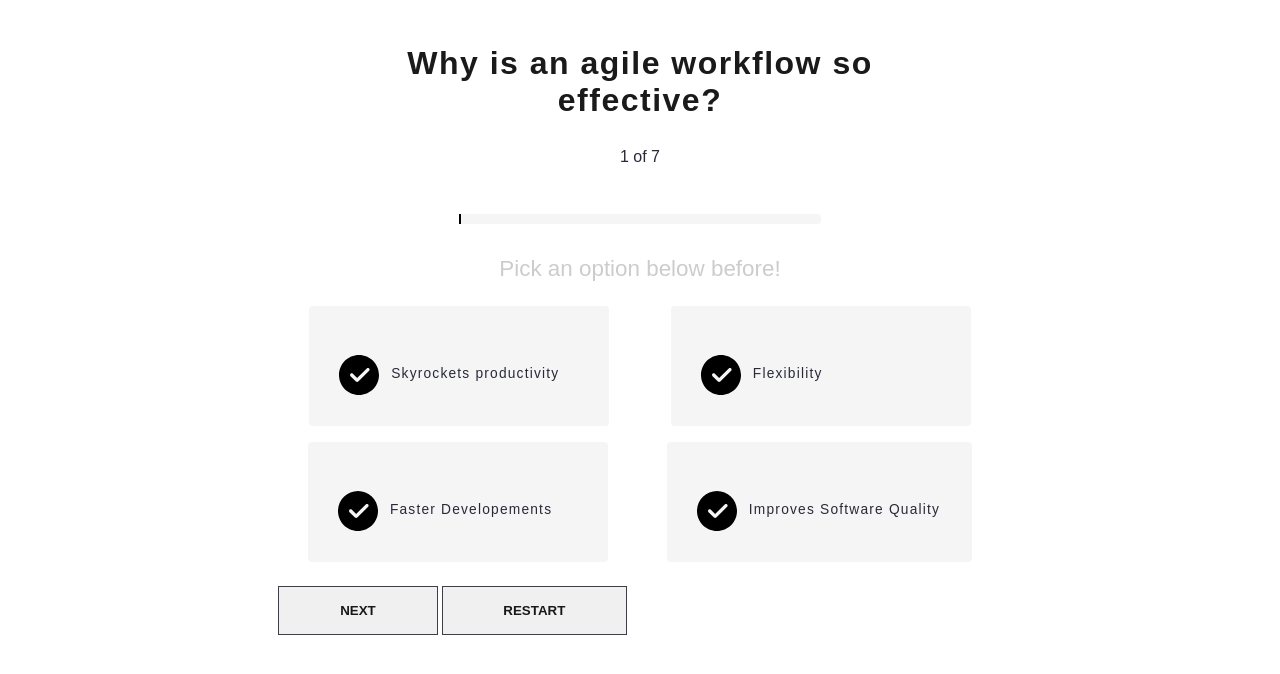
Repository: mukiSabljakovic/Quiz-APP
Page: index.html
The author's editor kept a copy of each file at every save. The page is drawn from the files as they stood at one save, then again after the next save.
The browser window is 1280 px wide. The pictures show the whole page.
Some web fonts or font styles are not loaded; a fallback is used.

Above is the page before, as saved 2020-05-01 12:23:38.

### index.html
<!DOCTYPE html>
<html lang="en">
<head>
    <meta charset="UTF-8">
    <meta name="viewport" content="width=device-width, initial-scale=1.0">
    <title>Quiz</title>
    <link rel="stylesheet" href="css/style.css">
</head>
<body>
    <div class="app">
        <div class="container">
            <div class="jabquiz">

                <div class="jabquiz__question-box">
                    <h1 class="jabquiz__question">Why is an agile workflow so effective?</h1>
                    <p class="jabquiz__tracker">1 of 7</p>
                    <div class="progress">
                        <div class="progress__inner">

                        </div>
                    </div>
                    <p class="jabquiz__tagline">Pick an option below before!</p>
                </div>



                <div class="jabquiz__choices-box">
                    <ul class="jabquiz__choices">
                        <!-- dynamically with js -->
                        <li class="jabquiz__choice">
                            <input type="radio" name="choice" id="choice0" class="jabquiz__input">
                            <label for="choice0" class="jabquiz__label">
                                <i></i>
                                Skyrockets productivity
                            </label>
                        </li>
                        <li class="jabquiz__choice">
                            <input type="radio" name="choice" id="choice0" class="jabquiz__input">
                            <label for="choice0" class="jabquiz__label">
                                <i></i>
                                Flexibility
                            </label>
                        </li>
                        <li class="jabquiz__choice">
                            <input type="radio" name="choice" id="choice0" class="jabquiz__input" >
                            <label for="choice0" class="jabquiz__label">
                                <i></i>
                                Faster Developements
                            </label>
                        </li>
                        <li class="jabquiz__choice">
                            <input type="radio" name="choice" id="choice0" class="jabquiz__input" >
                            <label for="choice0" class="jabquiz__label">
                                <i></i>
                                Improves Software Quality
                            </label>
                        </li>
                    </ul>
                </div>



                <div class="jabquiz__footer">
                    <button class="button button--bordered next">Next</button>
                    <button class="button button--bordered restart">Restart</button>
                </div>



            </div>
        </div>
    </div>
</body>
</html>

### css/style.css
@import url("https://fonts-googleapis.com/css?family=Raleway|PT+Serif:700");


:root {
    --main-font-color: #1a1a1a;
    --main-bg-color: white;
    --main-theme-color: rgb(243, 168, 47);
    --light-white: #f5f5f5;
    --light-gray: #ccc;
    --light-black: #282a39;
    --container-width: 768px;
    --font-body-stack: Raleway, Charcoal, sans-serif;
    --font-heading-stack: "PT Serif", sans-serif;

}

* {
 padding: 0;
 margin: 0;
 box-sizing: border-box;
}

.container {
    max-width: var(--container-width);
    margin-right: auto;
    margin-left: auto;
}

.button {
    padding: 1rem 3.8rem;
    text-transform: uppercase;
    border: 1px solid #eee;
    outline: 0;
    opacity: .9;
    font-weight: bold;
    transition: .3s all ease;
}

.button:hover {
    opacity: 1;
    background: var(--light-black);
    color: white;
}

.button.button--bordered {
    border: 1px solid var(--light-black);
}

.jabquiz {
    padding: 2rem 1.4rem;
}

.jabquiz__question-box {
    text-align: center;
}

.jabquiz__question {
    font-family: var(--font-heading-stack);
    font-weight: bold;
    letter-spacing: 1.5px;
    padding: 0.8rem 4rem;
    color: var(--main-font-color);
}

.jabquiz__tracker {
    font-family: var(--font-body-stack);
    color: var(--light-black);
    padding: 1rem;
}

.jabquiz__tagline {
    font-family: var(--font-body-stack);
    color: var(--light-gray);
    font-size: 1.4rem;
}

.progress {
    border-radius: 4px;
    margin: 2rem auto;
    width: 50%;
    background-color: var(--light-white);
}

.progress__inner {
    height: 10px;
    width: 0%;
    background-color: var(--main-theme-color);
    border-right: 2px solid black;
}

.jabquiz__choices-box {

}

.jabquiz__choices {
    list-style-type: none;
    margin: 1rem auto;
    display: flex;
    flex-wrap: wrap;
}

.jabquiz__choice {
    min-width: 300px;
    border-radius: 4px;
    display: block;
    background: var(--light-white);
    margin: .5rem auto;
    font-family: sans-serif;
    color: var(--light-black);
    letter-spacing: 1.2px;
    font-size: .86rem;
}

.jabquiz__label {
    padding: 2rem 2rem;
    display: flex;
    align-items: center;
}

.jabquiz__choices input {
    opacity: 0;
}

.jabquiz__choices input:checked + label {
    color: var(--main-theme-color);
}

.jabquiz__choices input:checked + label i {
    background-image: url('../images/circle.svg');

}

.jabquiz__choices label i {
    background: url('../images/interface.svg');
    background-size: 40px;
    height: 40px;
    width: 40px;
    display: inline-block;
    position: relative;
    top: 1px;
    left: -2px;
    margin-right: 10px;
}

### images/interface.svg
<svg height="512pt" viewBox="0 0 512 512" width="512pt" xmlns="http://www.w3.org/2000/svg"><path d="m256 0c-141.164062 0-256 114.835938-256 256s114.835938 256 256 256 256-114.835938 256-256-114.835938-256-256-256zm129.75 201.75-138.667969 138.664062c-4.160156 4.160157-9.621093 6.253907-15.082031 6.253907s-10.921875-2.09375-15.082031-6.253907l-69.332031-69.332031c-8.34375-8.339843-8.34375-21.824219 0-30.164062 8.339843-8.34375 21.820312-8.34375 30.164062 0l54.25 54.25 123.585938-123.582031c8.339843-8.34375 21.820312-8.34375 30.164062 0 8.339844 8.339843 8.339844 21.820312 0 30.164062zm0 0"/></svg>

### images/circle.svg
<?xml version="1.0" encoding="iso-8859-1"?>
<!-- Generator: Adobe Illustrator 19.0.0, SVG Export Plug-In . SVG Version: 6.00 Build 0)  -->
<svg version="1.1" id="Layer_1" xmlns="http://www.w3.org/2000/svg" xmlns:xlink="http://www.w3.org/1999/xlink" x="0px" y="0px"
	 viewBox="0 0 512 512" style="enable-background:new 0 0 512 512;" xml:space="preserve">
<path style="fill:#F3a82f;" d="M255.832,48.032c114.859,0.096,207.896,93.277,207.8,208.137s-93.277,207.896-208.137,207.8
	C140.7,463.872,47.695,370.795,47.695,256C47.871,141.149,140.981,48.112,255.832,48.032 M255.832,0
	C114.443,0.096-0.096,114.779,0,256.168S114.779,512.096,256.168,512C397.485,511.904,512,397.317,512,256
	C511.952,114.571,397.261-0.048,255.832,0z"/>
<g>
</g>
<g>
</g>
<g>
</g>
<g>
</g>
<g>
</g>
<g>
</g>
<g>
</g>
<g>
</g>
<g>
</g>
<g>
</g>
<g>
</g>
<g>
</g>
<g>
</g>
<g>
</g>
<g>
</g>
</svg>

After the next save:
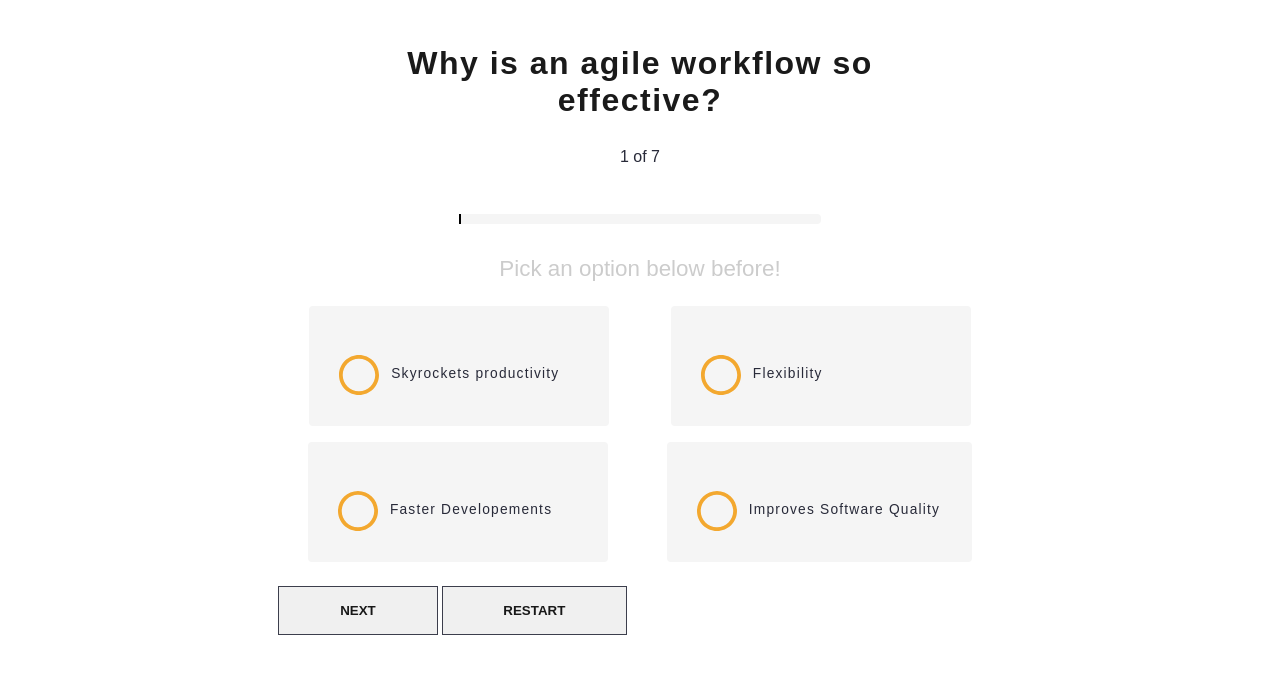
Saved 89 s later.
--- a/css/style.css
+++ b/css/style.css
@@ -126,12 +126,12 @@
 }
 
 .jabquiz__choices input:checked + label i {
-    background-image: url('../images/circle.svg');
+    background-image: url('../images/interface.svg');
 
 }
 
 .jabquiz__choices label i {
-    background: url('../images/interface.svg');
+    background: url('../images/circle.svg');
     background-size: 40px;
     height: 40px;
     width: 40px;
